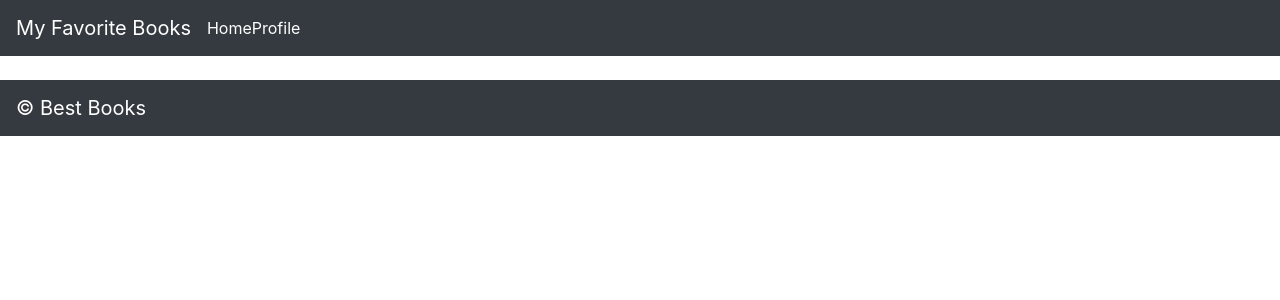
Repository: Razan-am/can-of-books-frontend
Page: /
An editor plug-in stored every save of this project. The page is shown before and after the next save, followed by the edit.
The browser window is 1280 px wide. The pictures show the whole page.
The project was rebuilt for these pictures with package versions that can differ from the ones it lists, and the page was loaded fresh each time. Also part of the build but not shown: src/BestBooks.css, src/BestBooks.js, src/Login.css, src/LoginButton.js, src/Login.js, src/BrowserRouter.js.

Above is the page before, as saved 2021-07-04 19:49:08.

### src/index.js
import React from "react";
import ReactDOM from "react-dom";
import App from "./App";
import { Auth0Provider } from "@auth0/auth0-react";

ReactDOM.render(
  <Auth0Provider
    domain={process.env.AUTH0_DOMAIN}
    clientId={process.env.CLIENT_ID}
    redirectUri={window.location.origin}
  >
    <App />
  </Auth0Provider>,
  document.getElementById("root")
);

### src/App.js
import React from 'react';
import Header from './Header';
import IsLoadingAndError from './IsLoadingAndError';
import Footer from './Footer';
import BestBooks from './BestBooks'
import { withAuth0 } from '@auth0/auth0-react';
import Login from './Login';
import BrowserRouter from './BrowserRouter';
import Profile from './Profile'


// import Profile from './Profile';
import {
  BrowserRouter as Router,
  Switch,
  Route,
  Link
} from "react-router-dom";

class App extends React.Component {

  render() {
    console.log('app', this.props);
    return (
      <>
        <Router>
          <IsLoadingAndError>
            <Header />
            <Switch>
              <Route exact path="/">
                {/* TODO: if the user is logged in, render the `BestBooks` component, if they are not, render the `Login` component */}
                {
                  this.props.auth0.isAuthenticated ?
                    <BestBooks />
                    :<Link to="/profile">Profile</Link>
                }
              </Route>
              {/* TODO: add a route with a path of '/profile' that renders a `Profile` component */}
              <Route exact path='/profile'>
                    <Profile/>
                </Route>
              <BrowserRouter/>
            </Switch>
            <Footer />
          </IsLoadingAndError>
          {/* <Profile/> */}
        </Router>
      </>
    );
  }
}

export default withAuth0(App);

### src/Profile.js
import React, { Component } from 'react';
import { withAuth0 } from '@auth0/auth0-react';


class Profile extends Component {
    render() {
        return (
            <div>
                <h1>Hello, welcome to our librery books</h1>
                {
                    this.props.auth0.isAuthenticated&&
                    <>
                    <h1>{this.props.auth0.user.name}</h1>
                    <img src={this.props.auth0.user.picture} alt={this.props.auth0.user.name}/>
                    <h1>{this.props.auth0.user.email}</h1>
                    </>

                }

            </div>
        )
    }
}

export default withAuth0(Profile);

Loaded but not shown: public/index.html (common file); src/Header.js (common file); src/IsLoadingAndError.js (common file); src/Footer.js (common file); src/Header.css (common file)

After the next save:
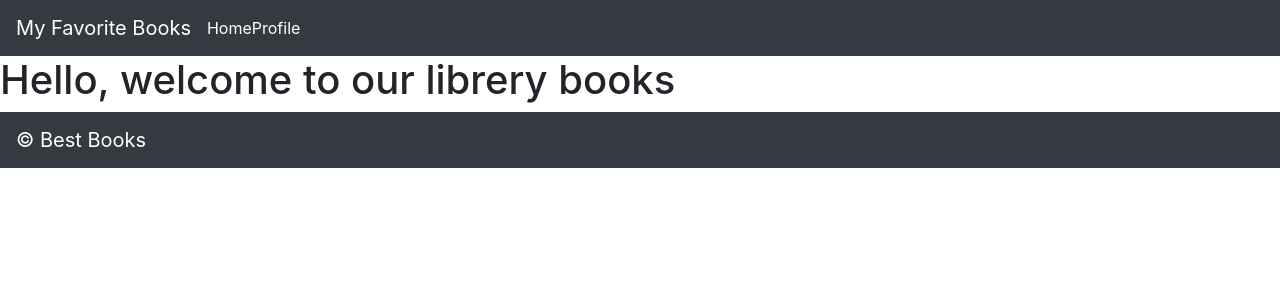
Saved 51 s later.
--- a/src/App.js
+++ b/src/App.js
@@ -32,7 +32,7 @@ class App extends React.Component {
                 {
                   this.props.auth0.isAuthenticated ?
                     <BestBooks />
-                    :<Link to="/profile">Profile</Link>
+                    :<Profile/>
                 }
               </Route>
               {/* TODO: add a route with a path of '/profile' that renders a `Profile` component */}
